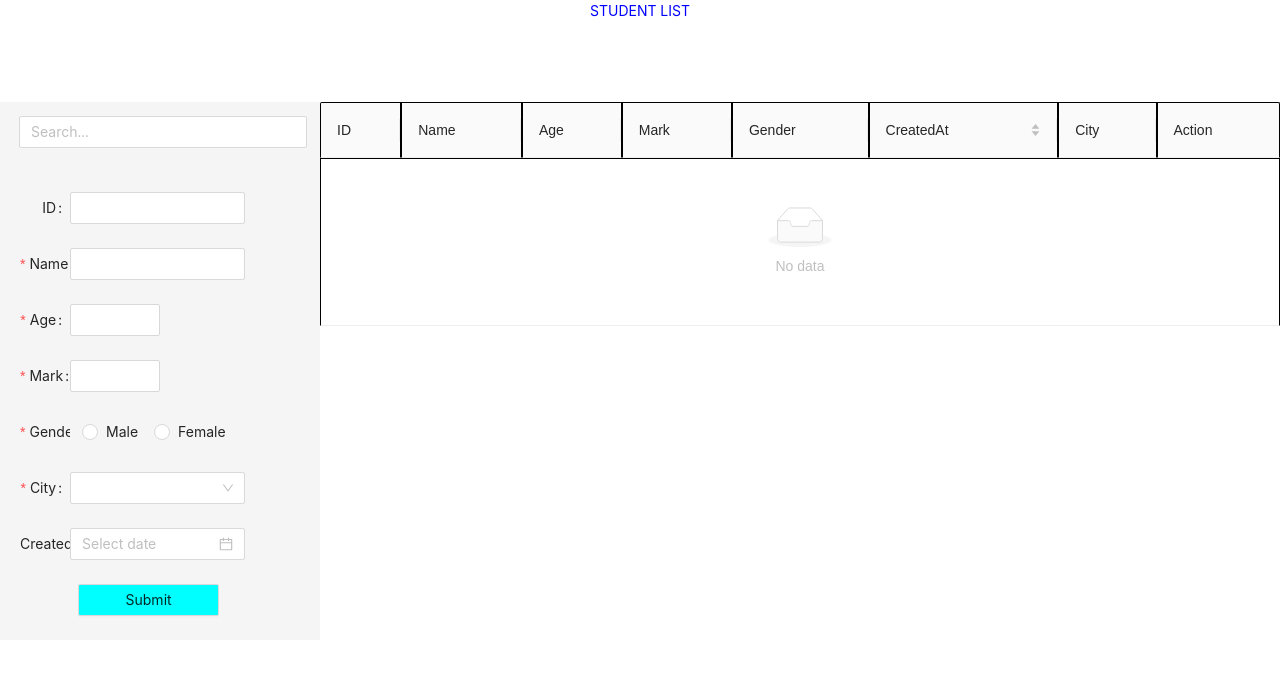
Repository: haminhdat1407/react-api-student
Page: /
The author's editor kept a copy of each file at every save. The page is drawn from the files as they stood at one save, then again after the next save.
The browser window is 1280 px wide. The pictures show the whole page.
The page's requests for data from a server got no answer. The project was rebuilt for these pictures with package versions that can differ from the ones it lists, and the page was loaded fresh each time. No one was signed in, and anything a server would have sent is missing. Also part of the build but not shown: src/styles.css.

Above is the page before, as saved 2022-03-14 08:42:16.

### public/index.html
<!DOCTYPE html>
<html lang="en">
  <head>
    <meta charset="utf-8" />
    <link rel="icon" href="%PUBLIC_URL%/favicon.ico" />
    <meta name="viewport" content="width=device-width, initial-scale=1" />
    <meta name="theme-color" content="#000000" />
    <meta
      name="description"
      content="Web site created using create-react-app"
    />
    <link rel="apple-touch-icon" href="%PUBLIC_URL%/logo192.png" />
    <link rel="stylesheet" href="https://cdnjs.cloudflare.com/ajax/libs/font-awesome/6.0.0/css/all.min.css" integrity="sha512-9usAa10IRO0HhonpyAIVpjrylPvoDwiPUiKdWk5t3PyolY1cOd4DSE0Ga+ri4AuTroPR5aQvXU9xC6qOPnzFeg==" crossorigin="anonymous" referrerpolicy="no-referrer" />

    <link rel="manifest" href="%PUBLIC_URL%/manifest.json" />


    <title>Students</title>
  </head>
  <body>
    <noscript>You need to enable JavaScript to run this app.</noscript>
    <div id="root"></div>

  </body>
</html>

### src/index.css
body {
  margin: 0;
  font-family: -apple-system, BlinkMacSystemFont, 'Segoe UI', 'Roboto', 'Oxygen',
    'Ubuntu', 'Cantarell', 'Fira Sans', 'Droid Sans', 'Helvetica Neue',
    sans-serif;
  -webkit-font-smoothing: antialiased;
  -moz-osx-font-smoothing: grayscale;
}

code {
  font-family: source-code-pro, Menlo, Monaco, Consolas, 'Courier New',
    monospace;
}
.ant-table-pagination-right {
  justify-content: center !important;
}

### src/App.js
import { Col, Row } from 'antd';
import { useEffect, useState } from 'react';
import './App.css';
import studentApi from './apis/studentApi';
import FormInput from './components/Form';
import SearchForm from './components/SearchInput';
import StudentList from './components/StudentList';
import './styles.css';

export default function App() {
  const [studentList, setStudentList] = useState([]);
  const [idRemove, setIdRemove] = useState('');
  const [idEdit, setIdEdit] = useState('');
  const [searchTerm, setSearchTerm] = useState('');
  const [data, setData] = useState();
  const [studentEdit, setStudentEdit] = useState();

  // get All
  useEffect(() => {
    try {
      (async () => {
        const responseStudent = await studentApi.getAll();
        setStudentList(responseStudent);
      })();
    } catch (error) {
      console.log(error);
    }
  }, []);

  //remove
  useEffect(() => {
    try {
      if (idRemove) {
        (async () => {
          const studentRemove = await studentApi.removeStudentByID(idRemove);
        })();
      }
    } catch (error) {
      console.log(error);
    }
  }, [idRemove]);

  // search by name

  useEffect(() => {
    try {
      (async () => {
        const searchStudent = await studentApi.searchByName(searchTerm);
        setStudentList(searchStudent);
      })();
    } catch (error) {
      console.log(error);
    }
  }, [searchTerm]);

  // add student
  useEffect(() => {
    if (data) {
      (async () => {
        const newStudent = await studentApi.addStudent(data);
        // const newStudent = {
        //   id: payload.id,
        //   name: payload.name,
        //   age: payload.age,
        //   mark: payload.mark,
        //   gender: payload.gender,
        //   city: payload.city,
        //   createdAt: payload.createdAt,
        // };

        setStudentList((prevStudent) => [...prevStudent, newStudent]);
      })();
    }
  }, [data]);

  // get by ID
  useEffect(() => {
    try {
      if (idEdit) {
        (async () => {
          const studentEdit = await studentApi.getByID(idEdit);
          setStudentEdit(studentEdit);
        })();
      }
    } catch (error) {
      console.log(error);
    }
  }, [idEdit]);

  const handleRemoveUser = (idDelete) => {
    setIdRemove(idDelete);
    const newStudentList = studentList.filter((student) => {
      // tra ve 1 mang moi...khong co id can xoa
      return student.id !== idDelete;
    });
    setStudentList(newStudentList);
  };

  const handleSearch = (value) => {
    setSearchTerm(value);
  };

  const handleAddStudent = (data) => {
    setData(data);
  };

  const handleEditStudent = (dataEdit) => {
    setIdEdit(dataEdit);
  };
  console.log(studentEdit);

  return (
    <>
      <label className='lb-student'>STUDENT LIST</label>
      <Row style={{ marginTop: '80px' }}>
        <Col span={18} push={6}>
          <StudentList
            data={studentList}
            onRemove={handleRemoveUser}
            onEditStudent={handleEditStudent}
          />
        </Col>

        <Col style={{ backgroundColor: 'whitesmoke' }} span={6} pull={18}>
          <SearchForm onChange={handleSearch} />
          <FormInput onChange={handleAddStudent} dataEdit={studentEdit} />
        </Col>
      </Row>
    </>
  );
}
//  [dat01, dat02]].len 2 2

//  id : "dat" + (data.lenght + 1)
//  6 filed

### src/App.css
.lb-student {
  display: flex;
  justify-content: center;
  color: blue;
}

### src/apis/studentApi.js
import axiosClient from './axiosClient';

const studentApi = {
  getAll() {
    const url = `students`;
    return axiosClient.get(url);
  },
  getByID(id) {
    const url = `students/${id}`;
    return axiosClient.get(url);
  },

  removeStudentByID(id) {
    const url = `students/${id}`;
    return axiosClient.delete(url);
  },
  searchByName(searchTerm) {
    const url = `students?name_like=${searchTerm}`;
    return axiosClient.get(url);
  },
  addStudent(data) {
    const url = '/students';
    return axiosClient.post(url, data);
  },
  updateStudent(data) {
    const url = `/students/${data.id}`;
    return axiosClient.patch(url, data);
  },
};

export default studentApi;

### src/components/Form/index.jsx
import {
  Button,
  DatePicker,
  Form,
  Input,
  InputNumber,
  Radio,
  Select,
} from 'antd';
import React from 'react';

const FormInput = ({ onChange, dataEdit = {} }) => {
  const onFinish = (e) => {
    const value = { ...e };
    const formValue = {
      ...value,
      id: value.id + Math.random() * 10000,
    };
    onChange(formValue);
  };

  return (
    <>
      <Form
        // initialValues={
        //   dataEdit
        //     ? {
        //         id: dataEdit.id,
        //         name: dataEdit.name,
        //         age: dataEdit.age,
        //       }
        //     : {}
        // }
        style={{ marginTop: '30px', marginLeft: '20px' }}
        labelCol={{
          span: 4,
        }}
        wrapperCol={{
          span: 14,
        }}
        onFinish={onFinish}
      >
        <Form.Item label='ID' name='id'>
          <Input />
        </Form.Item>

        <Form.Item
          label='Name'
          name='name'
          rules={[
            {
              required: true,
              message: 'Please input your name!',
            },
          ]}
        >
          <Input />
        </Form.Item>

        <Form.Item
          label='Age'
          name='age'
          rules={[
            {
              required: true,
              message: 'Age must be older to learn 0 !',
              type: 'number',
              min: 0,
            },
          ]}
        >
          <InputNumber />
        </Form.Item>

        <Form.Item
          label='Mark'
          name='mark'
          rules={[
            {
              required: true,
              message: 'You can only enter scores from 0 to 10!',
              type: 'number',
              min: 0,
              max: 10,
            },
          ]}
        >
          <InputNumber />
        </Form.Item>

        <Form.Item
          label='Gender'
          name='gender'
          rules={[
            {
              required: true,
              message: 'Please tick your gender!',
            },
          ]}
        >
          <Radio.Group style={{ marginLeft: '12px' }}>
            <Radio value={1}>Male</Radio>
            <Radio value={2}>Female</Radio>
          </Radio.Group>
        </Form.Item>

        <Form.Item
          label='City'
          name='city'
          rules={[
            {
              required: true,
              message: 'Please input your city!',
            },
          ]}
        >
          <Select>
            <Select.Option value='dn'>Da Nang</Select.Option>
            <Select.Option value='hcm'>Ho Chi Minh</Select.Option>
            <Select.Option value='hn'>Ha Noi</Select.Option>
          </Select>
        </Form.Item>

        <Form.Item label='CreatedAt' name='createdAt'>
          <DatePicker />
        </Form.Item>

        <Form.Item style={{ marginLeft: '58px' }}>
          <Button block htmlType='submit' style={{ backgroundColor: 'aqua' }}>
            Submit
          </Button>
        </Form.Item>
      </Form>
    </>
  );
};
export default FormInput;

### src/components/SearchInput/index.jsx
import React, { useState } from 'react';
import PropTypes from 'prop-types';
import { Input } from 'antd';

SearchForm.propTypes = {
  onChange: PropTypes.func,
};

function SearchForm({ onChange }) {
  const handleInputChange = (e) => {
    onChange(e.target.value);
  };
  return (
    <Input
      style={{ margin: '14px 19px', width: '90%' }}
      placeholder='Search...'
      onChange={handleInputChange}
    />
  );
}

export default SearchForm;

### src/components/StudentList/index.jsx
import { Button, Form, Table } from 'antd';
import 'antd/dist/antd.css';
import dayjs from 'dayjs';
import PropTypes from 'prop-types';
import React, { useState } from 'react';
import './style.css';

const { Column, ColumnGroup } = Table;

StudentList.propTypes = {
  data: PropTypes.array,
  onEditStudent: PropTypes.func,
  onRemove: PropTypes.func,
};

function StudentList({ data, onEditStudent, onRemove }) {
  const handleRemove = (id) => {
    onRemove(id);
  };
  const handleEditStudent = (idEdit) => {
    onEditStudent(idEdit);
  };

  const columns = [
    {
      title: 'ID',
      dataIndex: 'id',
      key: 'key',
    },
    {
      title: 'Name',
      dataIndex: 'name',
      key: 'key',
    },
    {
      title: 'Age',
      dataIndex: 'age',
      key: 'key',
    },
    {
      title: 'Mark',
      dataIndex: 'mark',
      key: 'key',
      render: (mark) => {
        return parseFloat(mark).toFixed(1);
      },
    },
    {
      title: 'Gender',
      dataIndex: 'gender',
      key: 'key',
    },
    {
      title: 'CreatedAt',
      dataIndex: 'createdAt',
      key: 'key',
      render: (createdAt) => {
        return dayjs(createdAt).format('YYYY-MM-DD');
      },
      sorter: {
        compare: (a, b) => b.createdAt - a.createdAt,
        multiple: 2,
      },
    },
    {
      title: 'City',
      dataIndex: 'city',
      key: 'key',
    },
    {
      title: 'Action',
      dataIndex: 'id',
      key: 'key',
      render: (dataIndex) => {
        return (
          <div key={dataIndex}>
            <Button
              type='primary'
              danger
              onClick={() => handleRemove(dataIndex)}
            >
              Delete
            </Button>
            <Button
              type='primary'
              style={{ marginLeft: '10px' }}
              onClick={() => handleEditStudent(dataIndex)}
            >
              Edit
            </Button>
          </div>
        );
      },
    },
  ];

  return (
    <>
      <Table dataSource={data} columns={columns}></Table>
    </>
  );
}

export default StudentList;

### src/apis/axiosClient.js
import axios from 'axios';

const axiosClient = axios.create({
  baseURL: 'https://js-post-api.herokuapp.com/api/',
  headers: {
    'Content-Type': 'application/json',
  },
});

axiosClient.interceptors.request.use(
  function (config) {
    return config;
  },
  function (error) {
    return Promise.reject(error);
  }
);

// Add a response interceptor
axiosClient.interceptors.response.use(
  function (response) {
    return response.data;
  },
  function (error) {
    return Promise.reject(error);
  }
);

export default axiosClient;

### src/components/StudentList/style.css
table {
  font-family: arial, sans-serif;
  border-collapse: collapse;
  width: 100%;
}

td,
th {
  border: 1px solid #000;
  text-align: left;
  padding: 8px;
  text-align: center;
}

tr:nth-child(even) {
  background-color: #dddddd;
}
.student_title {
  text-align: center;
  font-size: 40px;
}
.student_list {
  width: 90%;
  margin: 20px auto;
}
.delete_btn {
  cursor: pointer;
  color: red;
}

Loaded but not shown: src/index.js (common file); src/reportWebVitals.js (common file)

After the next save:
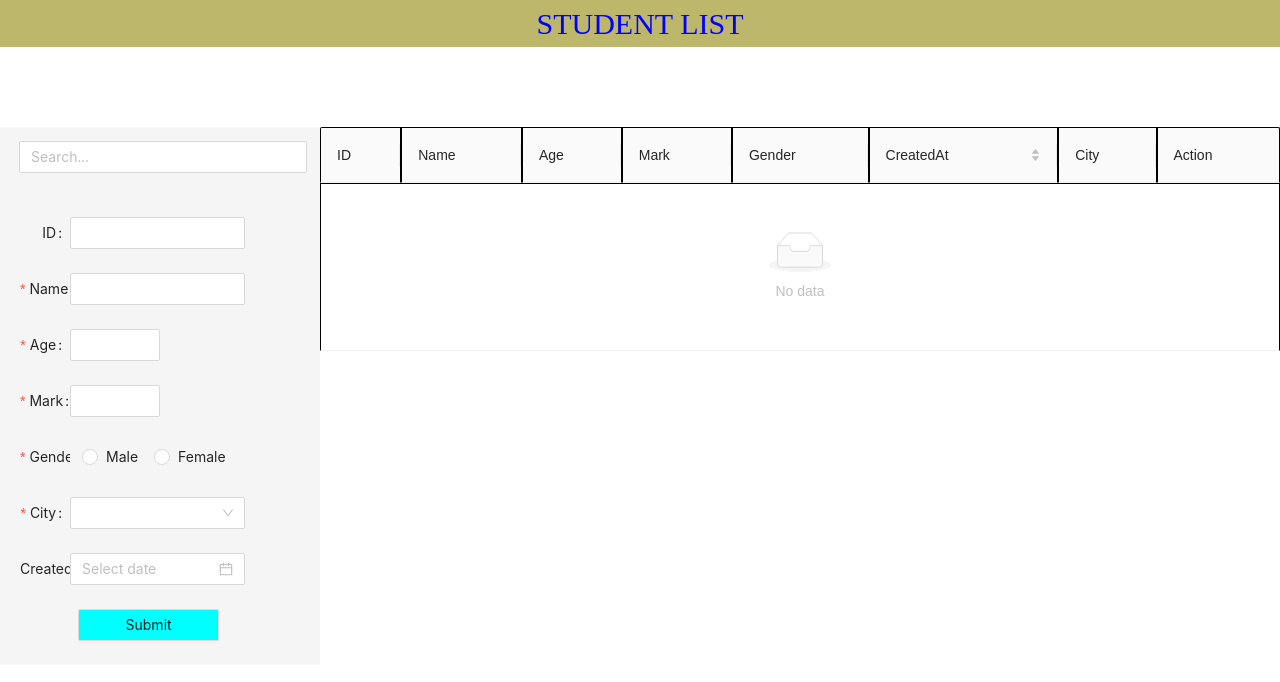
Saved 80 s later.
--- a/src/App.css
+++ b/src/App.css
@@ -2,4 +2,7 @@
   display: flex;
   justify-content: center;
   color: blue;
+  font-family: -webkit-body;
+  font-size: 30px;
+  background: darkkhaki;
 }
